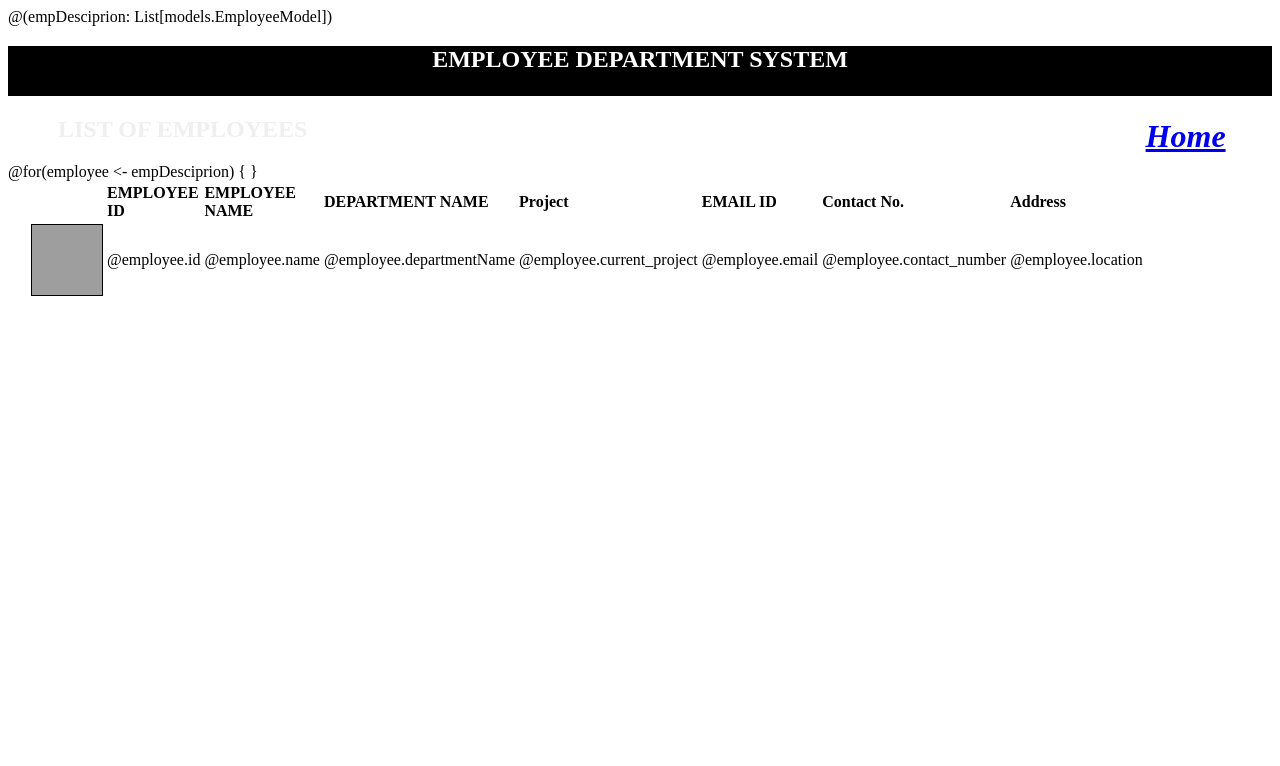
Repository: sumitkum200690/PLAY_SLICK
Page: Play_DB/app/views/employeeByIdDescription.scala.html
An editor plug-in stored every save of this project. The page is shown before and after the next save, followed by the edit.
The browser window is 1280 px wide. The pictures show the whole page.
Pictures or frames that could not be fetched are drawn as grey boxes.

Above is the page before, as saved 2015-09-28 06:09:50.

### Play_DB/app/views/employeeByIdDescription.scala.html
@(empDesciprion: List[models.EmployeeModel])
<head>
<style>

#maindiv{
	height:100%;
	width:100%;

}

#header{
	height:7%;
	width:100%;
	background-color:black;
	color:white;
	text-align:center;


}


#d3{
	height:93%;
	width:100%;
	float:left;
}

#content{
	height:95%;
	width:100%;

}

#list{
	height:100%;
	width:90%;
	float:left;
	background-color:white;
}

#home{
	height:100%;
	width:10%;
	float:left;
	background-color:white;
}

#footer{
	height:5%;
	width:100%;
	background-color:black;
	color:white;
}

#header2 {
    background-color:black;
    color:white;
    text-align:center;
    padding:5px;
}

#section {
    width:100%;
    float:left;
    padding:10px;
     height: 100%;
     background-color:blue;
}

#section2 {
    width:100%;
    float:left;
    padding:10px;
     height: 100%;
}

#footer2 {
    background-color:black;
    color:white;
    clear:both;
    text-align:center;
   padding:5px;

   margin-bottom: 1px;
}




</style>

<title>Employee</title>
</head>








<body style="height: 100%; background-color:white" >

<div id="maindiv">

	<div id="header">

	<h2>EMPLOYEE DEPARTMENT SYSTEM</h2>
	</div>

	<div id="d3">

		<div id="content">

			<div id="list">
				<h2 style="margin-left:50px; color: buttonshadow;  ">LIST OF EMPLOYEES</h2>
				<table style=" margin-left:20px "  cellspacing="2">

			  <tr style="text-align: left;">
			  <th>&nbsp; &nbsp;</th>
			  <th>EMPLOYEE ID</th>
			  <th>EMPLOYEE NAME</th>
			  <th>DEPARTMENT NAME</th>
			  <th>Project</th>
			  <th>EMAIL ID</th>
			  <th>Contact No.</th>
			  <th>Address</th>
			  </tr>

			  @for(employee <- empDesciprion) {




				<tr>

				<td><img src="/assets/images/@employee.id@(".png")" alt="alt text" height="70" width="70" border="1"/></td>

				<td>@employee.id</td>
				<td>@employee.name</td>
				<td>@employee.departmentName</td>
				<td>@employee.current_project</td>
				<td>@employee.email</td>
				<td  rowspan="1">@employee.contact_number</td>
				<td>@employee.location</td>
				</tr>

			 }
			  </table>

			</div>

			<div id="home" style="float:left;"><a href="/"><h1><b><I>Home</I></b></h1></a></div>

		</div>



	</div>

</div>

After the next save:
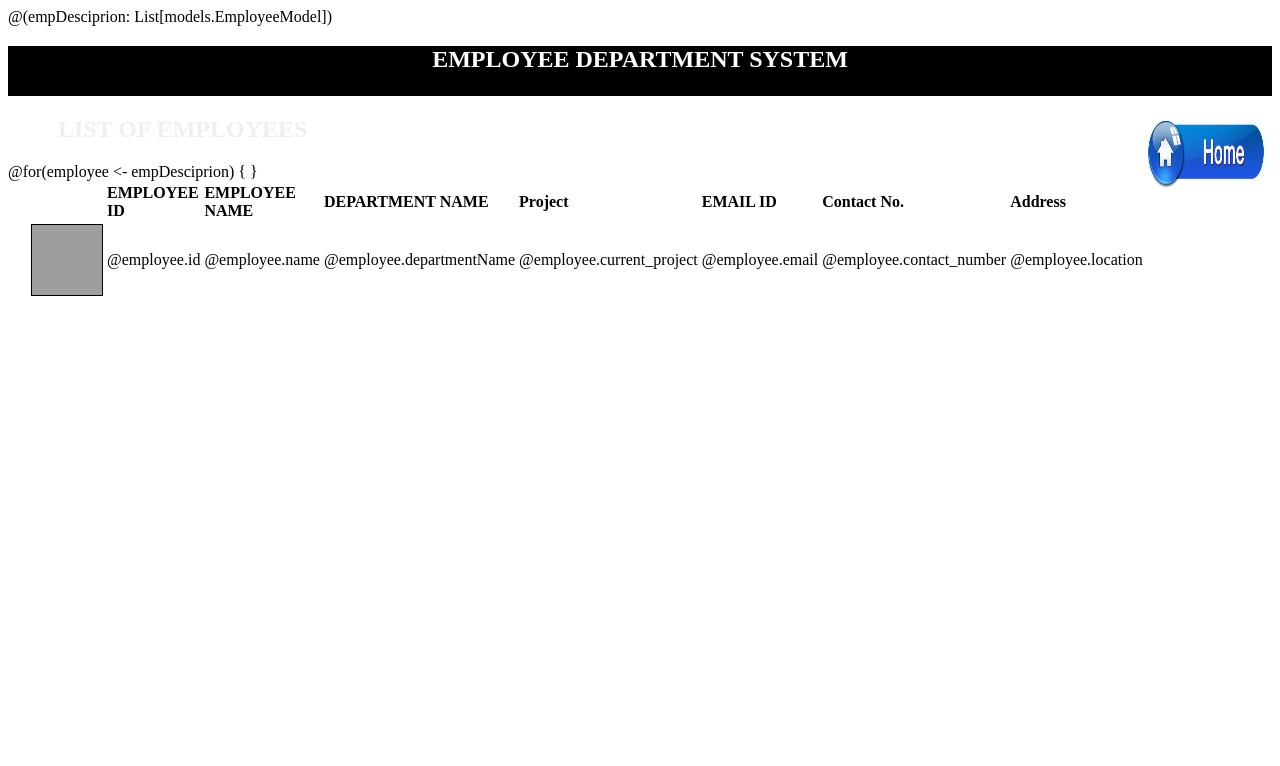
Saved 15 s later.
--- a/Play_DB/app/views/employeeByIdDescription.scala.html
+++ b/Play_DB/app/views/employeeByIdDescription.scala.html
@@ -150,7 +150,7 @@
 
 			</div>
 
-			<div id="home" style="float:left;"><a href="/"><h1><b><I>Home</I></b></h1></a></div>
+			<div id="home" style="float:left;"><a href="/"><h1><b><I><img src="/assets/images/home.jpg" alt="HOME" height="70" width="120" border="0"/></I></b></h1></a></div>
 
 		</div>
 
